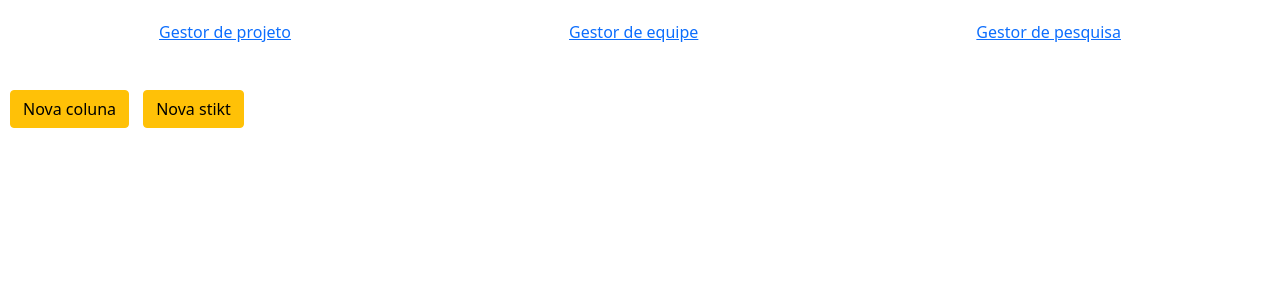
Repository: shadowruge/kanban
Page: index.html
An editor plug-in stored every save of this project. The page is shown before and after a run of saves, followed by the edit.
The browser window is 1280 px wide. The pictures show the whole page.

Above is the page before, as saved 2021-06-12 20:06:43.

After the next 5 saves:
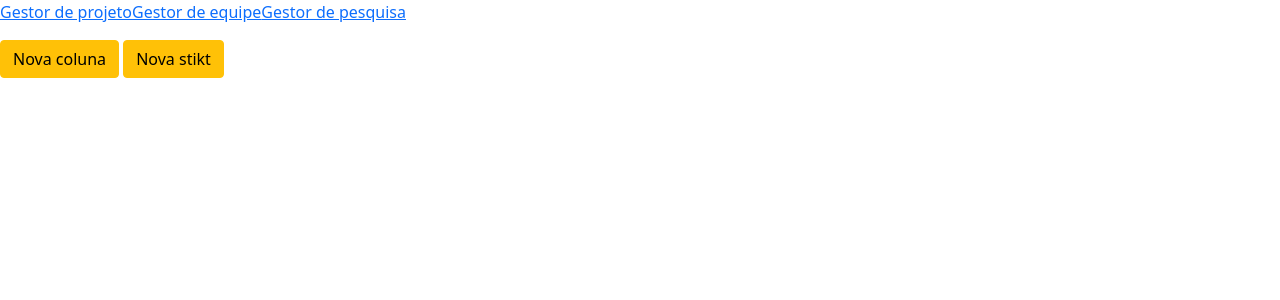
The 5 saves are shown as one change because they came seconds apart.
The last was saved 18 s later.
--- a/style.css
+++ b/style.css
@@ -4,7 +4,8 @@
   border: 0;
 }
 
-header configurado fora
+/**header configurado fora da tag body
+
 header{
   background-color:white;
 }
